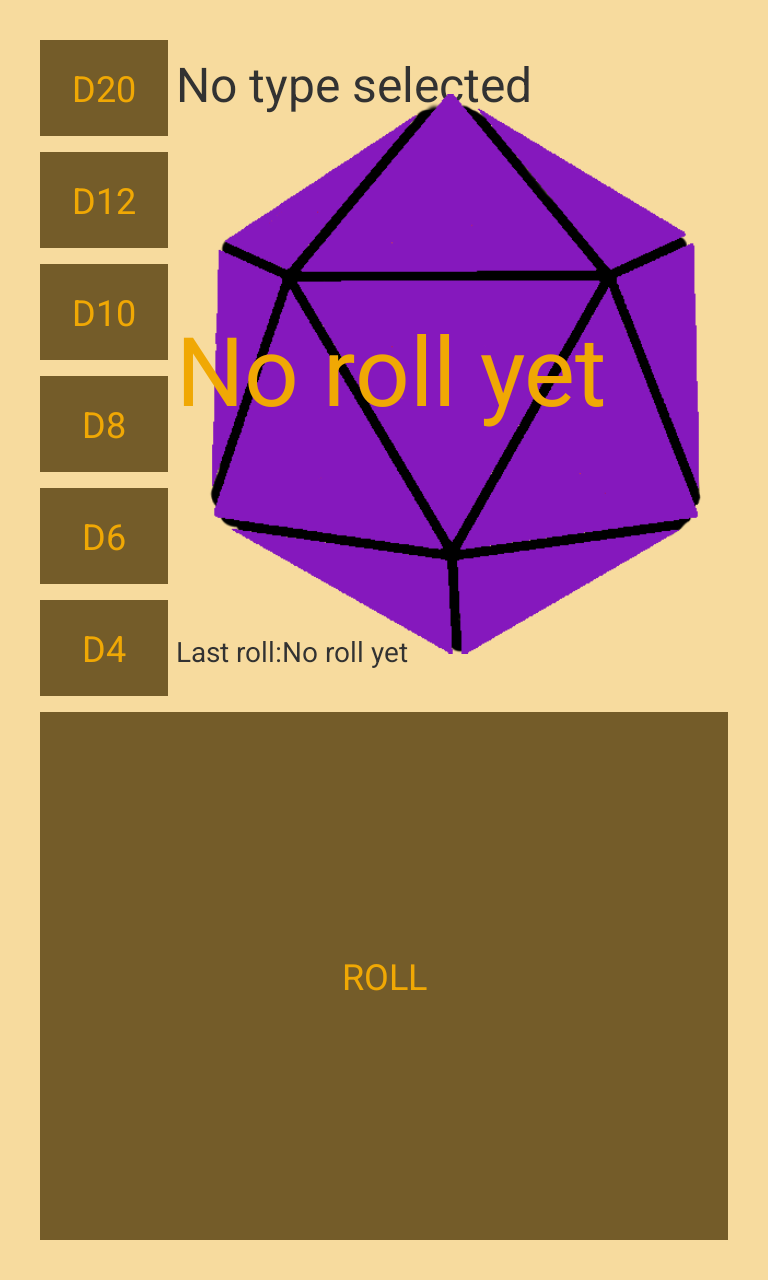
Repository: Bjodol/Roller
Layout: Roller3/res/layout/activity_main.xml
An editor plug-in stored every save of this project. The layout is shown before and after the next save, followed by the edit.
It is drawn on a 768 x 1280 px phone screen (xhdpi) without system bars, with theme AppTheme; the app's code is not run. The app's manifest (not shown) leaves right-to-left support off. So textAlignment, textDirection and layoutDirection are ignored, and left and right values win over start and end ones.

Above is the layout before, as saved 2013-08-31 09:38:41.

### Roller3/res/layout/activity_main.xml
<RelativeLayout xmlns:android="http://schemas.android.com/apk/res/android"
    xmlns:tools="http://schemas.android.com/tools"
    android:layout_width="fill_parent"
    android:layout_height="fill_parent"
    android:background="@color/Beige"
    android:gravity="top"
    android:paddingBottom="@dimen/activity_vertical_margin"
    android:paddingLeft="@dimen/activity_horizontal_margin"
    android:paddingRight="@dimen/activity_horizontal_margin"
    android:paddingTop="@dimen/activity_vertical_margin"
    tools:context=".MainActivity" >

    <Button
        android:id="@+id/d12"
        android:layout_margin="4dp"
        android:background="@color/Brown"
        android:textColor="@color/Bronze"
        android:layout_width="wrap_content"
        android:layout_height="wrap_content"
        android:layout_below="@+id/d20"
        android:onClick="d12"
        android:text="@string/d12" />

    <TextView
        android:id="@+id/dice_type"
        android:layout_width="wrap_content"
        android:layout_height="wrap_content"
        android:layout_alignBaseline="@id/d20"
        android:layout_toRightOf="@id/d20"
        android:text="@string/noDiceType"
        android:textAlignment="center"
        android:textSize="24sp" />

    <ImageView
        android:id="@+id/purpleDice"
        android:contentDescription="@string/diceDescription"
        android:layout_width="wrap_content"
        android:layout_height="wrap_content"
        android:layout_toRightOf="@id/d10"
        android:layout_alignParentRight="true"
        android:src="@drawable/purple_dice" />

    <TextView
        android:id="@+id/last_roll_text"
        android:layout_width="wrap_content"
        android:layout_height="wrap_content"
        android:layout_alignBaseline="@+id/d4"
        android:layout_alignBottom="@+id/d4"
        android:layout_alignLeft="@+id/dice_throw"
        android:text="@string/lastRoll"
        android:textAlignment="center"
        android:textSize="14sp" />

    <TextView
        android:id="@+id/last_roll_value"
        android:layout_width="wrap_content"
        android:layout_height="wrap_content"
        android:layout_alignBaseline="@id/last_roll_text"
        android:layout_toRightOf="@id/last_roll_text"
        android:text="@string/noRolls"
        android:textAlignment="center"
        android:textSize="14sp" />

    <Button
        android:id="@+id/roll_button"
        android:background="@color/Brown"
        android:layout_margin="4dp"
        android:layout_width="fill_parent"
        android:layout_height="wrap_content"
        android:layout_below="@+id/d4"
        android:layout_alignParentBottom="true"
        android:onClick="roll"
        android:text="@string/roll"
        android:textColor="@color/Bronze" />

    <Button
        android:id="@+id/d10"
        android:layout_margin="4dp"
        android:background="@color/Brown"
        android:textColor="@color/Bronze"
        android:layout_width="wrap_content"
        android:layout_height="wrap_content"
        android:layout_below="@+id/d12"
        android:layout_toLeftOf="@+id/current_roll_text"
        android:onClick="d10"
        android:text="@string/d10" />

    <Button
        android:id="@+id/d8"
        android:layout_margin="4dp"
        android:background="@color/Brown"
        android:textColor="@color/Bronze"
        android:layout_width="wrap_content"
        android:layout_height="wrap_content"
        android:layout_below="@+id/d10"
        android:layout_toLeftOf="@+id/current_roll_text"
        android:onClick="d8"
        android:text="@string/d8" />

    <Button
        android:id="@+id/d6"
        android:layout_margin="4dp"
        android:background="@color/Brown"
        android:textColor="@color/Bronze"
        android:layout_width="wrap_content"
        android:layout_height="wrap_content"
        android:layout_below="@+id/d8"
        android:layout_toLeftOf="@+id/current_roll_text"
        android:onClick="d6"
        android:text="@string/d6" />

    <Button
        android:id="@+id/d4"
        android:layout_margin="4dp"
        android:background="@color/Brown"
        android:textColor="@color/Bronze"
        android:layout_width="wrap_content"
        android:layout_height="wrap_content"
        android:layout_below="@+id/d6"
        android:layout_toLeftOf="@+id/current_roll_text"
        android:onClick="d4"
        android:text="@string/d4" />

    <Button
        android:id="@+id/d20"
        android:layout_width="wrap_content"
        android:layout_height="wrap_content"
        android:layout_alignParentLeft="true"
        android:layout_alignParentTop="true"
        android:layout_margin="4dp"
        android:layout_marginTop="21dp"
        android:background="@color/Brown"
        android:onClick="d20"
        android:text="@string/d20"
        android:textColor="@color/Bronze" />

    <TextView
        android:id="@+id/dice_throw"
        android:layout_width="wrap_content"
        android:layout_height="wrap_content"
        android:layout_alignLeft="@+id/purpleDice"
        android:layout_alignParentRight="true"
        android:layout_alignTop="@+id/d10"
        android:layout_marginTop="20dp"
        android:text="@string/noRolls"
        android:textAlignment="center"
        android:textColor="@color/Bronze"
        android:textSize="48sp" />

</RelativeLayout>

### Roller3/res/values/strings.xml
<?xml version="1.0" encoding="utf-8"?>
<resources>

    <string name="app_name">Roller</string>
    <string name="action_settings">Settings</string>
    <string name="d20">D20</string>
    <string name="d12">D12</string>
    <string name="d10">D10</string>
    <string name="d8">D8</string>
    <string name="d6">D6</string>
    <string name="d4">D4</string>
    <string name="roll">ROLL</string>
    <string name="youRolled">You rolled:</string>
    <string name="noRolls">No roll yet</string>
    <string name="lastRoll">Last roll:</string>
    <string name="noDiceType">No type selected</string>
    <string name="diceDescription">A purple d20 dice</string>
    <color name="Purple">#9e14e8</color>
    <color name="Beige">#f7db9e</color>
    <color name="Bronze">#F0A804</color>
    <color name="Brown">#745c29</color>

</resources>

Loaded but not shown: Roller3/res/values/styles.xml (common file); Roller3/res/values-v11/styles.xml (common file); Roller3/res/values-v14/styles.xml (common file); Roller3/res/values/dimens.xml (common file)

After the next save:
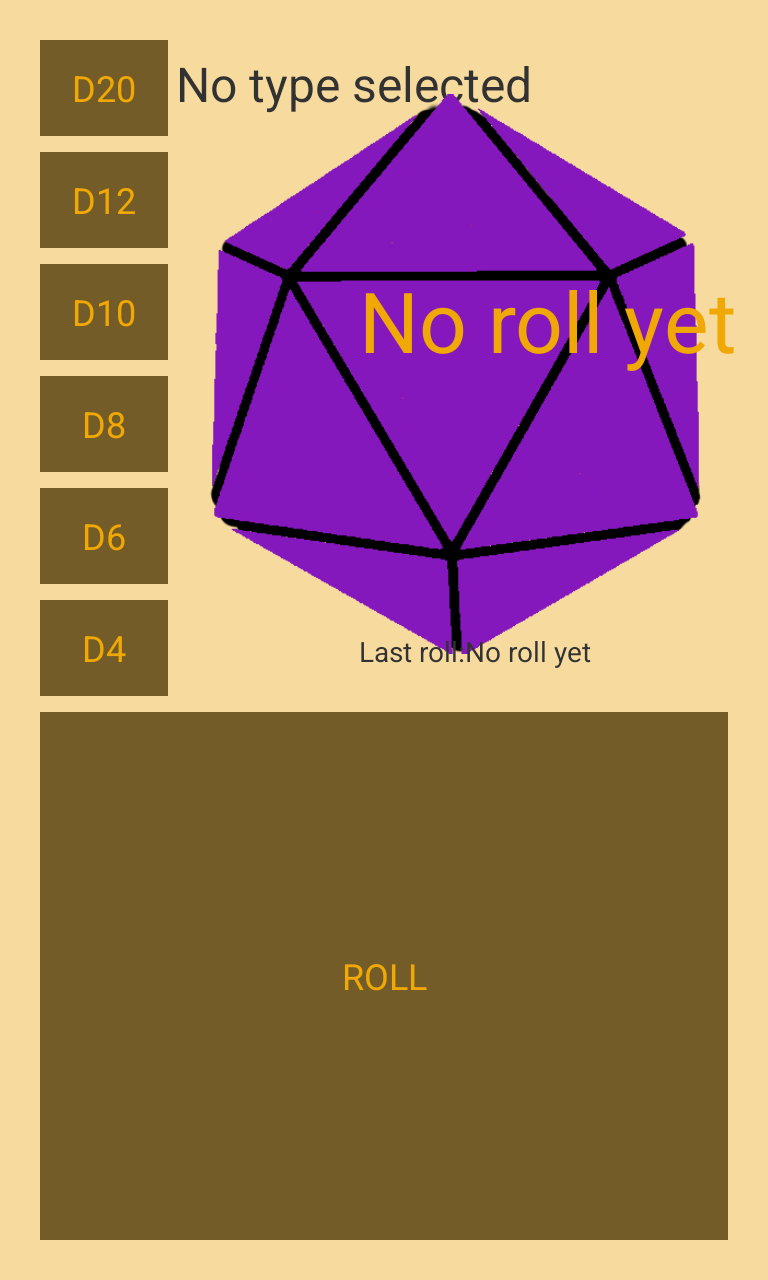
Saved 90 s later.
--- a/Roller3/res/layout/activity_main.xml
+++ b/Roller3/res/layout/activity_main.xml
@@ -138,13 +138,11 @@
         android:id="@+id/dice_throw"
         android:layout_width="wrap_content"
         android:layout_height="wrap_content"
-        android:layout_alignLeft="@+id/purpleDice"
         android:layout_alignParentRight="true"
         android:layout_alignTop="@+id/d10"
-        android:layout_marginTop="20dp"
         android:text="@string/noRolls"
         android:textAlignment="center"
         android:textColor="@color/Bronze"
-        android:textSize="48sp" />
+        android:textSize="42sp" />
 
 </RelativeLayout>
